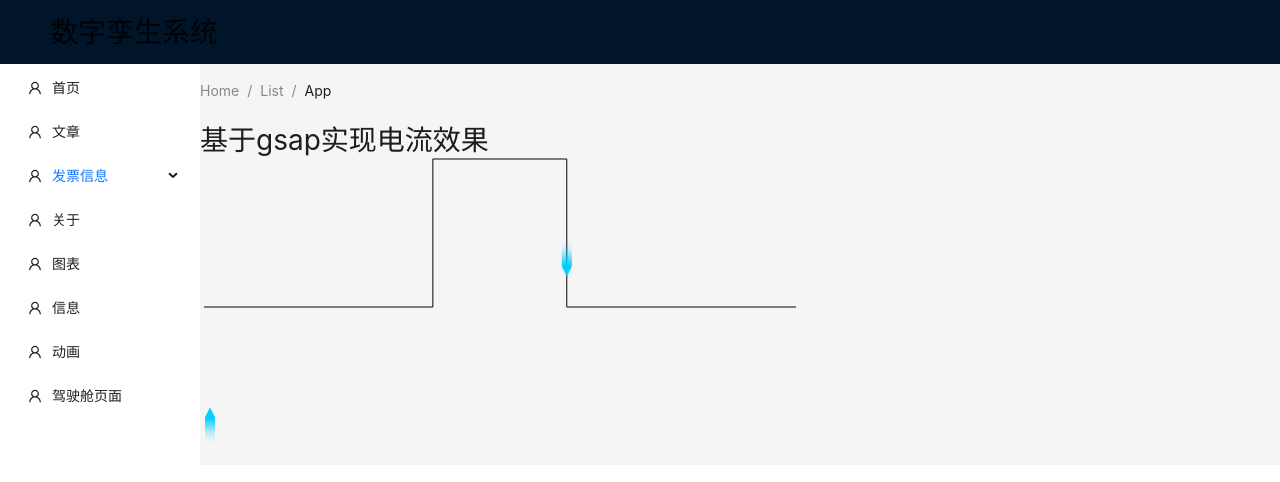
Repository: HailiePan/webpack-react-practice
Page: /animation
These files come from the project's save history. The page is drawn as it stood at one moment and after a run of saves; the edit follows.
The browser window is 1280 px wide. The pictures show the whole page.
The project was rebuilt for these pictures with package versions that can differ from the ones it lists, and the page was loaded fresh each time. Also part of the build but not shown: src/pages/Animation/component/ScrollAnimation/index.jsx, src/pages/Home.jsx, src/pages/Invoices/index.jsx, src/pages/Invoices/Invoice.jsx, src/pages/Invoices/Pending.jsx, src/pages/Invoices/Complete.jsx, src/components/CommonBox/index.less, src/components/CommonBox/index.jsx and 27 more.

Above is the page before, as saved 2024-01-24 15:46:40.

### index.html
<!--
 * Author  hailie.pan
 * Date  2023-10-08 16:03:03
 * LastEditors  hailie.pan
 * LastEditTime  2023-10-08 16:03:04
 * Description  file content
-->
<!--
 * Author  hailie.pan
 * Date  2023-10-07 17:34:05
 * LastEditors  hailie.pan
 * LastEditTime  2023-10-07 17:34:06
 * Description  file content
-->
<!DOCTYPE html>
<html lang="en">
  <head>
    <meta charset="UTF-8" />
    <meta http-equiv="X-UA-Compatible" content="IE=edge" />
    <meta name="viewport" content="width=device-width, initial-scale=1.0" />
    <title>Document</title>
  </head>
  <body>
    <div id="app"></div>
  </body>
</html>

### src/index.jsx
/*
 * Author  hailie.pan
 * Date  2023-10-07 17:16:58
 * LastEditors  hailie.pan
 * LastEditTime  2023-10-24 17:39:40
 * Description  file content
 */
import React, { StrictMode } from "react";
import * as ReactDOM from "react-dom/client";
import { BrowserRouter, useRoutes } from "react-router-dom";
import { routes } from "@/router";
const App = () => {
  return useRoutes(routes);
};
const root = ReactDOM.createRoot(document.getElementById("app"));
// v18 的新方法
root.render(
  <StrictMode>
    <BrowserRouter>
      <App />
    </BrowserRouter>
  </StrictMode>
);

// BrowserRouter下直接渲染useRoutes,routes里配置好路径对应的组件
// 然后就会显示路径对应的组件
// useRoutes(routes)必须在函数里写着

### src/router/index.js
/*
 * @Author: Hailie.Pan
 * @Date: 2023-11-28 10:30:45
 * @LastEditors: Hailie.Pan
 * @LastEditTime: 2024-01-11 10:41:08
 * @Description:
 */
/*
 * Author  hailie.pan
 * Date  2023-10-13 17:13:27
 * LastEditors  hailie.pan
 * LastEditTime  2023-11-28 10:30:45
 * Description  file content
 */
import React from "react";
import { useRoutes } from "react-router-dom";

import BaseLayout from "@/BaseLayout";

import Home from "@/pages/Home";
import Invoices from "@/pages/Invoices";
import Invoice from "@/pages/Invoices/Invoice";
import Pending from "@/pages/Invoices/Pending";
import Complete from "@/pages/Invoices/Complete";
import About from "@/pages/About";
import Article from "@/pages/Article";
import ControlRoomFirstPage from "@/pages/ControlRoomFirstPage";
import Chart from "@/pages/Chart";
import Info from "@/pages/Info";
import Animation from '@/pages/Animation'

const routes = [
  {
    path: "/",
    element: <BaseLayout />,
    name: "一级场景",
    children: [
      { path: "/home", element: <Home />, name: "首页" },
      { path: "/article", element: <Article />, name: "文章" },
      {
        // path: "/invoices",
        // element: <Invoices />,
        name: "发票信息",
        children: [
          {
            path: "/invoices/invoicesDetail/:id",
            element: <Invoice />,
            name: "发票1详情",
          },
          {
            path: "/invoices/pending",
            element: <Pending />,
            name: "发票2详情",
          },
          {
            path: "/invoices/complete",
            element: <Complete />,
            name: "发票3详情",
          },
        ],
      },

      {
        path: "/about",
        element: <About />,
        name: "关于",
      },
      {
        path: "/chart",
        element: <Chart />,
        name: "图表",
      },
      {
        path: "/info",
        element: <Info />,
        name: "信息",
      },
      {
        path: "/animation",
        element: <Animation />,
        name: "动画",
      },
    ],
  },
  {
    path: "/controlRoomFirstPage",
    element: <ControlRoomFirstPage />,
    name: "驾驶舱页面",
  },
];

export { routes };

### src/BaseLayout/index.jsx
/*
 * Author  hailie.pan
 * Date  2023-10-13 17:28:32
 * LastEditors  hailie.pan
 * LastEditTime  2023-12-04 10:37:50
 * Description  file content
 */

import React, {useEffect, useCallback, useState, useMemo } from 'react';
import { LaptopOutlined, NotificationOutlined, UserOutlined } from '@ant-design/icons';
import { Breadcrumb, Layout, Menu, theme } from 'antd';
import { Link, NavLink, useRoutes, Navigate, Outlet } from 'react-router-dom';
import { gsap } from "gsap";
import { ScrollTrigger } from 'gsap/ScrollTrigger.js'
import { routes } from '@/router';
import StateContext from './data.js';
import styles from './index.less';
import ScrollAnimation from '@/pages/Animation/component/ScrollAnimation'
const { Header, Content, Sider } = Layout;

export default function BaseLayout() {
  // console.log("routes", routes);
  const [selectedMenuKeys, setSelectedMenuKeys] = useState([]);

  // useMemo缓存菜单的计算方法，避免每次刷新时都计算一遍
  // 这个菜单的算法还是不太优美，不好维护
  let showMenu = useMemo(
    () =>
      routes
        .map((item, index) => {
          if (item.children) {
            const arr2 = item.children.map((c, cIndex) => {
              return {
                key: cIndex,
                icon: React.createElement(UserOutlined),
                name: c.name,
                label: (
                  <NavLink to={c.path} state={'From App'}>
                    {c.name}
                  </NavLink>
                ),
                children: c?.children?.map((t, tIndex) => ({
                  key: `${cIndex}-${tIndex}`,
                  icon: React.createElement(UserOutlined),
                  name: t.name,
                  label: <NavLink to={t.path}>{t.name}</NavLink>
                }))
              };
            });
            return arr2;
          } else {
            return {
              key: 'dandu' + index,
              icon: React.createElement(UserOutlined),
              name: item.name,
              label: (
                <NavLink to={item.path} state={'From App'}>
                  {item.name}
                </NavLink>
              )
            };
          }
        })
        .flat(), // arr2是个数组，放到showMenu数组里需要拉平
    []
  );
  showMenu.flat();
  // console.log("showMenu", showMenu);

  const menuArr = [
    {
      key: 0,
      icon: React.createElement(UserOutlined),
      label: (
        <NavLink to="/home" state={'From App'}>
          首页
        </NavLink>
      )
    },

    {
      key: 1,
      icon: React.createElement(LaptopOutlined),
      label: <NavLink to="invoices">发票信息</NavLink>,
      children: [
        {
          key: '1-0',
          label: <NavLink to="/invoices/invoicesDetail/1?a=a&b=b">发票1详情页</NavLink>
        },
        {
          key: '1-1',
          label: <NavLink to="/invoices/pending?fromPage=菜单点击">发票2详情页</NavLink>
        },
        {
          key: '1-2',
          label: (
            <NavLink to="/invoices/complete" state={'左侧菜单点击'}>
              发票3详情页
            </NavLink>
          )
        }
      ]
    },
    {
      key: 2,
      icon: React.createElement(NotificationOutlined),
      label: <NavLink to="about">关于</NavLink>
    },
    {
      key: 3,
      icon: React.createElement(NotificationOutlined),
      label: <NavLink to="controlRoomFirstPage">驾驶舱页面</NavLink>
    },
    {
      key: 4,
      icon: React.createElement(LaptopOutlined),
      label: <NavLink to="article">文章</NavLink>
    }
  ];

  const onSelectMenu = ({ item, key, keyPath, selectedKeys, domEvent }) => {
    setSelectedMenuKeys([key]);
  };

  const [state, setState] = useState('playing');

  // useEffect(()=>{
  //   gsap.registerPlugin(ScrollTrigger)
  //     // 绿色方块
  //     gsap.to("#ewrwer", {
  //       rotation: 900,
  //       x:400,
  //       duration: 1,
  //       scrollTrigger: {
  //         trigger: '#ewrwer', // 动画的元素
  //         scroller: document.getElementById('21321'), // 滚动的元素
  //         scrub: 2,
  //         markers: true,
  //       },

  //     });
  // },[])

  return (
    <Layout className={styles.layoutWrap}>
{/*
      <div className={styles.box} id='21321'>
        <div className={styles.green} id='ewrwer'></div>
        <div style={{height:'1000px'}} />
      </div> */}

      {/* <ScrollAnimation /> */}


      <Header className={styles.header}>
        <div className={styles.logo} />

        <h1>数字孪生系统</h1>
      </Header>

      <Layout>
        <Sider className={styles.sider}>
          <Menu
            mode="inline"
            // defaultSelectedKeys={["0"]}
            // defaultOpenKeys={["sub1"]}
            style={{
              height: '100%',
              borderRight: 0
            }}
            items={showMenu}
            selectedKeys={selectedMenuKeys}
            onSelect={onSelectMenu}
          />
        </Sider>

        <Layout className={styles.rightLayout}>
          <Breadcrumb
            style={{
              margin: '16px 0'
            }}
          >
            <Breadcrumb.Item>Home</Breadcrumb.Item>
            <Breadcrumb.Item>List</Breadcrumb.Item>
            <Breadcrumb.Item>App</Breadcrumb.Item>
          </Breadcrumb>

          <StateContext.Provider value={{ state, setState }}>
            <Content className={styles.content} id='content'>
              <Outlet />
            </Content>
          </StateContext.Provider>
        </Layout>
      </Layout>
    </Layout>
  );
}

### src/pages/Animation/index.jsx
/*
 * @Author: Hailie.Pan
 * @Date: 2024-01-11 10:41:16
 * @LastEditors: Hailie.Pan
 * @LastEditTime: 2024-01-24 15:25:22
 * @Description:
 */
import React, { useRef, useEffect, useState } from 'react';
import { gsap } from 'gsap';
import { ScrollTrigger } from 'gsap/ScrollTrigger.js';
import MoveBox from './component/MoveBox';
import MoveOnPath from './component/MoveOnPath';
import CanvasDraw from './component/CanvasDraw';
import TimeLine from './component/TimeLine';
import ScrollAnimation from './component/ScrollAnimation';
import ScrollAnimation2 from './component/ScrollAnimation2';
import ImitateElectricity from './component/ImitateElectricity';
import DraggableCom from './component/DraggableCom';
import styles from './index.module.less';

export default function Animation() {
  let obj = { myNum: 10, myColor: 'red' };

  useEffect(() => {
    // stagger 依次执行动画
    // gsap.to([boxRef.current, boxRef2.current, boxRef3.current], {
    //   rotation: 360,
    //   stagger:1,
    //   duration:2
    // });

    gsap.to(obj, {
      myNum: 200,
      myColor: 'blue',
      onUpdate: () => {
        console.log('onUpdate', obj.myColor);
      },
      onComplete: () => console.log('onComplete', obj.myNum, obj.myColor)
    });
  }, []);

  return (
    <div className={styles.wrap}>
      {/* <MoveBox /> */}

      {/* 在canvas中驱动元素绘制 */}
      {/* <CanvasDraw /> */}

      {/* 时间线动画 stagger依次错开 */}
      {/* <TimeLine /> */}

      {/* 元素沿SVG路径移动 */}
      {/* <MoveOnPath /> */}

      {/* 把canvas的效果和gsap的效果放在一起对比 */}
      {/* 模拟电流效果 */}
      <ImitateElectricity />

      {/* 滚动动画 */}
      {/* <ScrollAnimation /> */}

      {/* 滚动动画 */}
      {/* <ScrollAnimation2 /> */}

      {/* 可拖拽 */}
      {/* <DraggableCom /> */}
    </div>
  );
}

### src/BaseLayout/data.js
/*
 * Author  hailie.pan
 * Date  2023-11-28 10:20:25
 * LastEditors  hailie.pan
 * LastEditTime  2023-11-28 10:26:27
 * Description  file content
 */
import { createContext } from "react";

const StateContext = createContext({});

export default StateContext;

### src/BaseLayout/index.less
body {
  margin: 0;
  // height: 200vh;
}


.layoutWrap {
  height: 100vh;
  overflow-y: auto;
}

.box{
  height: 200px;
  overflow-y: auto;
  // border: 1px solid rgb(239, 200, 151);
}
.green{
  width: 50px;
  height: 50px;
  background-color: green;
  border-radius: 4px;
  margin: 0 auto;
  position: fixed;
  top: 50%;
  left: 50%;
}
.header {
  display: flex;
  align-items: center;

  .logo {
    width: 100px;
    height: 40px;
    background: rgba(255, 255, 255, 0.5);
    margin-right: 20px;
  }
  h1 {
    color: #fff;
    padding: 0;
    margin: 0;
  }
}
@colorBgContainer: #fff;
.sider {
  width: 200;
  background: @colorBgContainer;
}
.rightLayout {
  padding: 0 24px 24px;
}

.content {
  padding: 24px;
  margin: 0;
  min-height: 280px;
  background: @colorBgContainer;
  // border: 1px solid green; // 高度没有被页面的高度撑开
  // height: auto;
  overflow-y: scroll;
}

### src/pages/home.less
@color: rgb(248, 157, 39);

@font-face {
  font-family: "DIN";
  src: url("@/assets/fonts/庞门正道标题体2.0增强版.ttf");
  font-style: normal;
  font-weight: normal;
}
.wrapper {
  font-weight: 700;
  color: #333;

  ul {
    color: @color;
    // list-style-type: none;
  }
  .fontStyle {
    font-family: "DIN";
  }

  .box {
    height: 500px;
    margin-top: 20px;
    display: flex;
    .item {
      flex-shrink: 1; //属性定义了项目的缩小比例，默认为1，即如果空间不足，该项目将缩小
      flex-grow: 1; // 定义项目的放大比例，默认为0，即如果存在剩余空间，也不放大
      width: 300px;
      background-color: #fce09e;
      border: 1px solid rgb(255, 162, 0);
    }
  }
  .showImg {
    display: flex;
    img {
      width: 100px;
      height: 100px;
      margin-top: 10px;
      display: block;
    }
  }
}

### src/pages/Animation/component/ImitateElectricity/index.jsx
/*
 * @Author: Hailie.Pan
 * @Date: 2024-01-16 22:18:53
 * @LastEditors: Hailie.Pan
 * @LastEditTime: 2024-01-24 15:46:40
 * @Description:
 */
import React, { useEffect, useRef } from 'react';
import { gsap } from 'gsap';
import { MotionPathPlugin, MotionPathHelper } from 'gsap/all';
import styles from './index.module.less';

export default function ImitateElectricity() {
  const jiantou = useRef();
  const jiantou2 = useRef();

  useEffect(() => {
    // 注册插件
    gsap.registerPlugin(MotionPathPlugin);

    const tl = gsap.timeline();

    gsap.set([jiantou.current, jiantou2.current], { scale: 0.5, autoAlpha: 1 });

    tl.to([jiantou.current], {
      duration: 8,
      ease: 'none',
      immediateRender: true,
      repeat: -1, // 重复
      stagger: 2, // 间隔时间
      motionPath: {
        path: '#xianlu', // 路径
        align: '#xianlu', // 对齐到路径
        alignOrigin: [0.5, 0.5], // 对齐原点
        autoRotate: 90 // 沿路径方向旋转角度
        // offsetX: -20,
        // offsetY: 0,
      }
    });
    // gsap.registerPlugin(MotionPathPlugin, MotionPathHelper)
  }, []);

  return (
    <div>
      <h1>基于gsap实现电流效果</h1>
      {/* svg路径必须是path */}
      <svg class={styles.motionPath} viewBox="0 0 600 152">
        <path fill="none" stroke="#000" d="m0,151h231.97V1h135.69v150h232.35" />
        <path
          id="xianlu"
          fill="none"
          stroke="none"
          d="m0,151h225.12c3.78,0,6.85-3.06,6.85-6.85V8.04c0-3.89,3.15-7.04,7.04-7.04h121.97c3.69,0,6.68,2.99,6.68,6.68v136.63c0,3.69,3,6.69,6.69,6.69h225.66"
        />
      </svg>

      <div className={styles.jiantou} ref={jiantou}></div>
      <div className={styles.jiantou} ref={jiantou2}></div>
    </div>
  );
}

### src/pages/Animation/component/ScrollAnimation/index.module.less

.wrap{
  border:1px solid red;
  height: 600px;
  background-color: #111;
  color: white;
  // overflow-x: hidden;
  overflow-y: scroll;
}
h1, h2 {
  margin: 0;
  font-weight: 400;
  max-width: none;
}
.headerSection{
  height: 400px;
  line-height: 400px;
  border: 1px solid rgb(255, 140, 0);
}

.comparisonSection {
  position: relative;
  padding-bottom: 56.25%; /* to maintain aspect ratio (responsive!) */
  border: 1px solid yellow;

  .comparisonImage {
    width: 100%;
    height: 100%;

    img {
      width: 100%;
      height: 100%;
      position: absolute;
      top: 0;
    }
  }

  .afterImage {
    position: absolute;
    overflow: hidden;
    top: 0;
    transform: translate(100%, 0px);
    img {
      transform: translate(-100%, 0px);
    }
  }
}

### src/pages/Animation/component/ImitateElectricity/index.module.less
.motionPath {
  overflow: visible;
  width: 600px;
  height: 150px;
}

.jiantou {
  width: 20px;
  height: 77px;
  background: url('./assets/jiantou2.png');
}

After the next 2 saves:
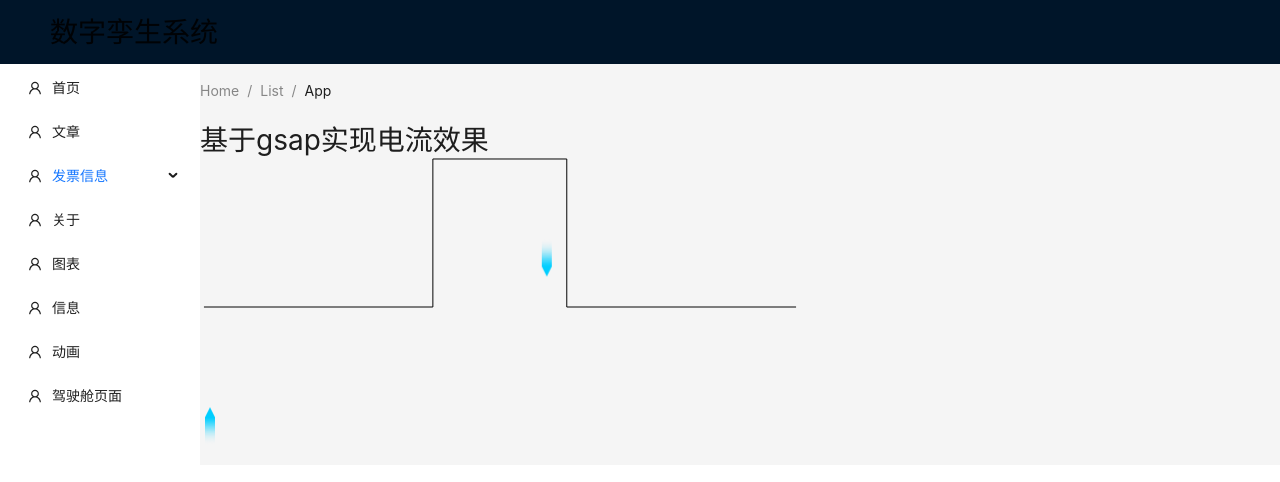
The 2 saves are shown as one change because 1 did not build or start.
The last was saved 16 s later.
--- a/src/pages/Animation/component/ImitateElectricity/index.jsx
+++ b/src/pages/Animation/component/ImitateElectricity/index.jsx
@@ -32,8 +32,8 @@ export default function ImitateElectricity() {
         path: '#xianlu', // 路径
         align: '#xianlu', // 对齐到路径
         alignOrigin: [0.5, 0.5], // 对齐原点
-        autoRotate: 90 // 沿路径方向旋转角度
-        // offsetX: -20,
+        autoRotate: 90, // 沿路径方向旋转角度
+        offsetX: -20
         // offsetY: 0,
       }
     });
